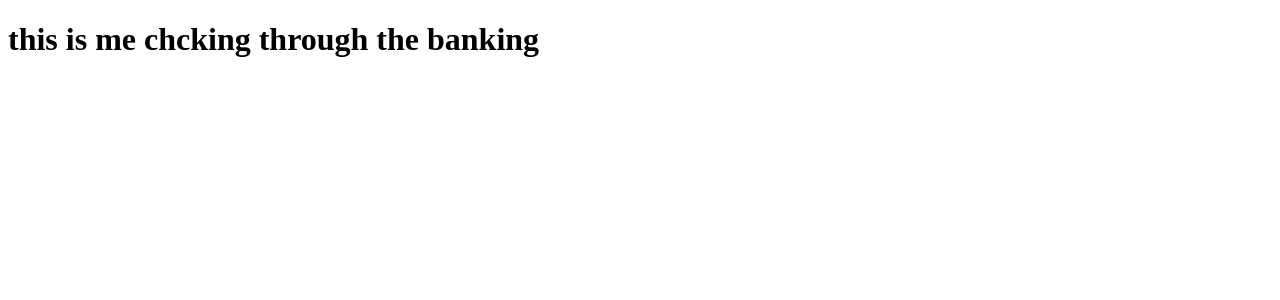
Repository: KolawoleTemilade/women-tech
Page: assignments/first-assignment/banking-pratices/index.html
These files come from the project's save history. The page is drawn as it stood at one moment and after the next save; the edit follows.
The browser window is 1280 px wide. The pictures show the whole page.

Above is the page before, as saved 2025-09-10 16:23:15.

After the next save:
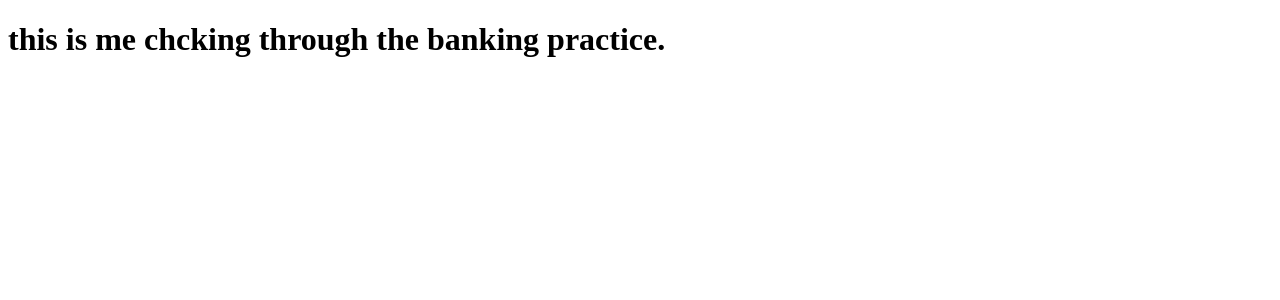
Saved 5 s later.
--- a/assignments/first-assignment/banking-pratices/index.html
+++ b/assignments/first-assignment/banking-pratices/index.html
@@ -4,6 +4,6 @@
         <title>the banking practices</title>
     </head>
     <body>
-        <h1>this is me chcking through the banking </h1>
+        <h1>this is me chcking through the banking practice.</h1>
     </body>
 </html>
